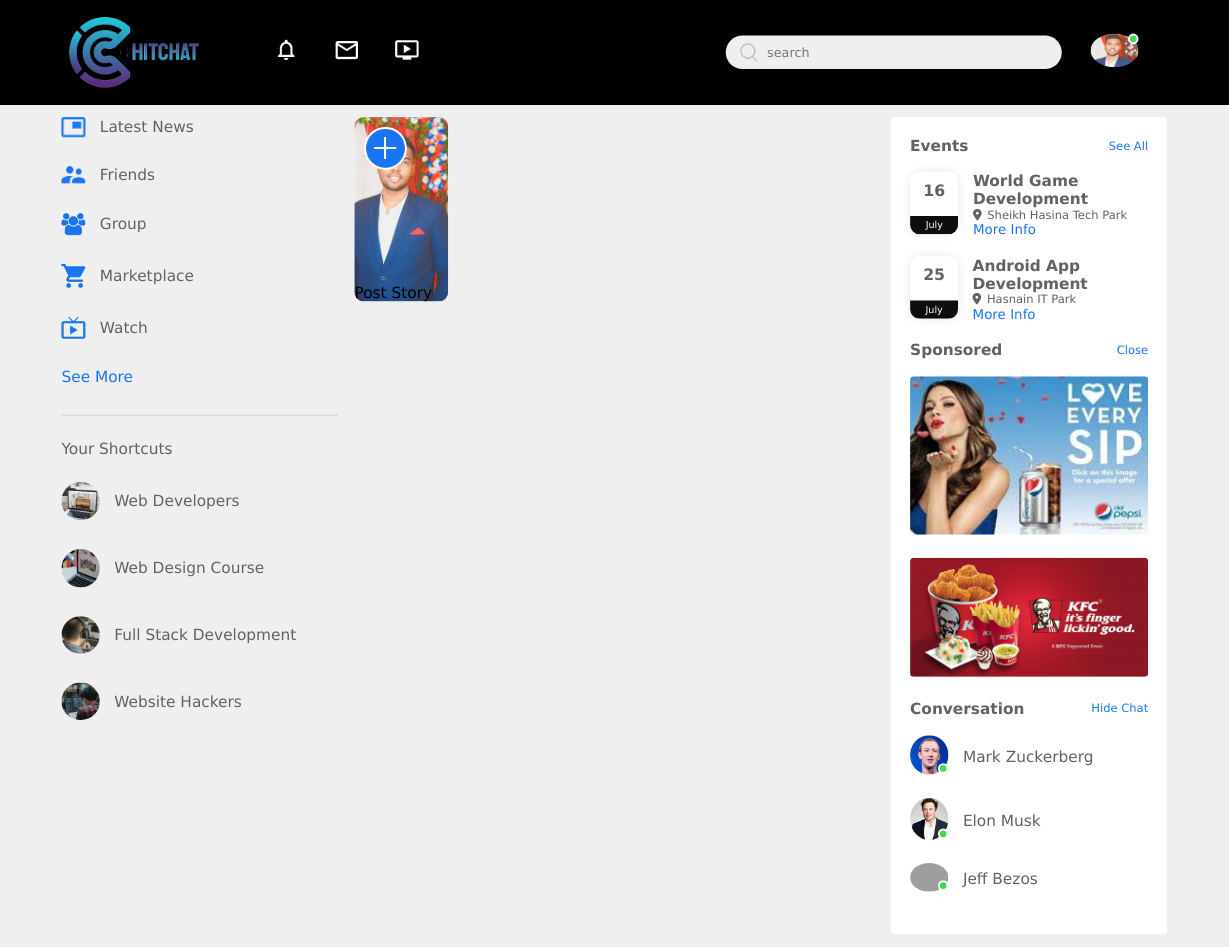
Repository: omarhasnain/ChitChat
Page: index.html
These files come from the project's save history. The page is drawn as it stood at one moment and after the next save; the edit follows.
The browser window is 1280 px wide. The pictures show the whole page, at 96% of full size.
Pictures or frames that could not be fetched are drawn as grey boxes. Some web libraries are served in a nearby version.

Above is the page before, as saved 2021-07-12 23:05:27.

After the next save:
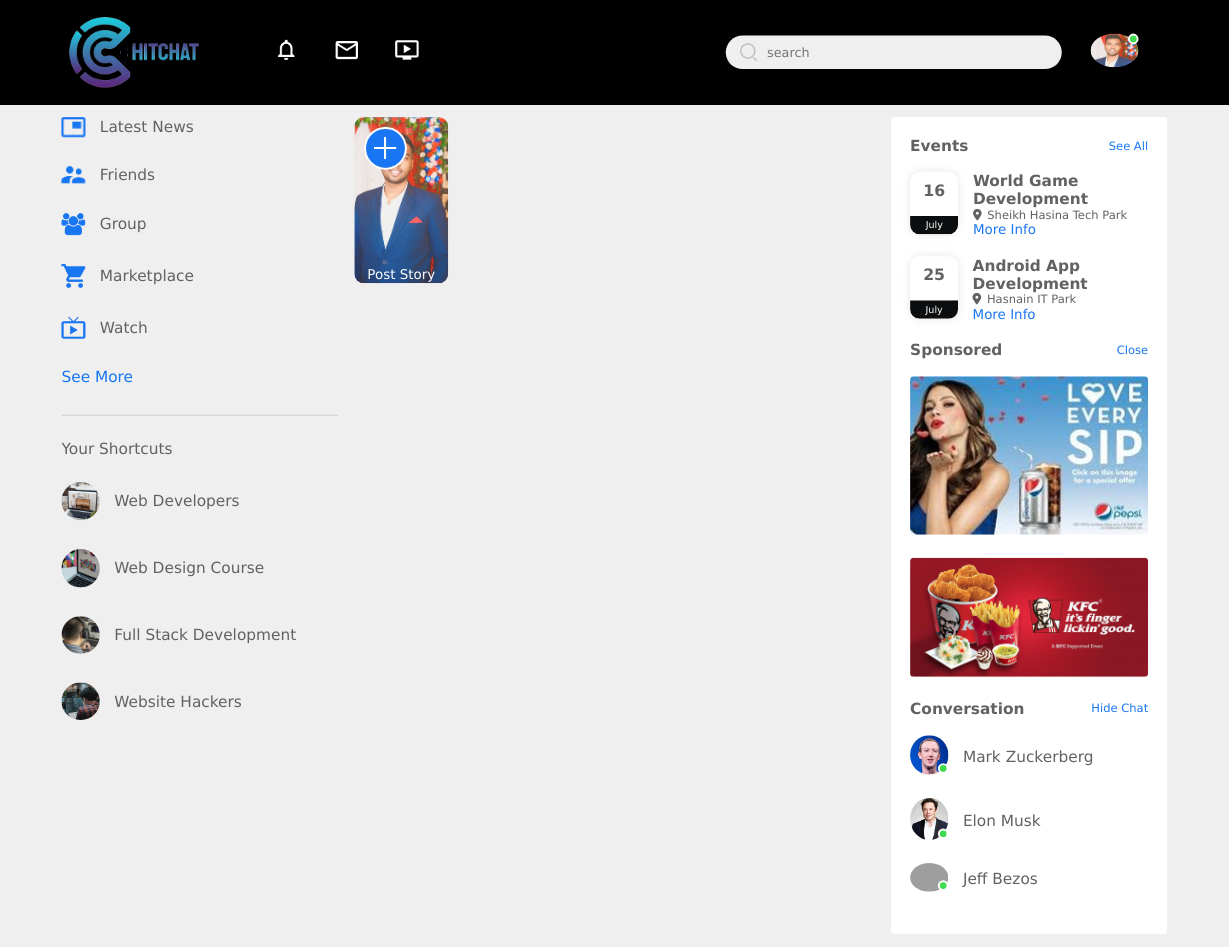
Saved 59 s later.
--- a/style.css
+++ b/style.css
@@ -270,3 +270,12 @@
     left: 10px;
     border-radius: 5px solid #626262;
 }
+
+.story p {
+    position: absolute;
+    bottom: 1px;
+    text-align: center;
+    width: 100%;
+    color: #fff;
+    font-size: 14px;
+}
